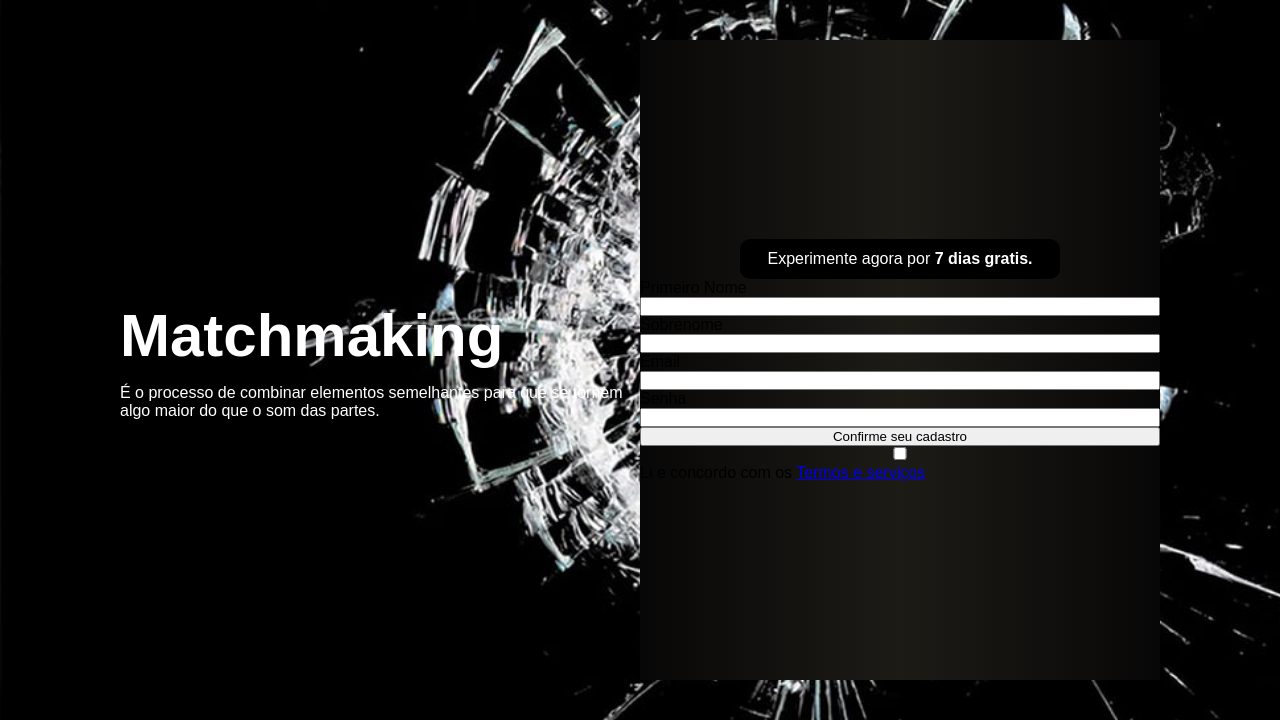
Repository: analessp/tela-login
Page: index.html
The author's editor kept a copy of each file at every save. The page is drawn from the files as they stood at one save, then again after the next save.
The browser window is 1280 px wide. The pictures show the whole page.
Some web fonts or font styles are not loaded; a fallback is used.

Above is the page before, as saved 2025-04-16 10:55:58.

### index.html
<!DOCTYPE html>
<html lang="pt-br">
  <head>
    <meta charset="UTF-8" />
    <meta name="viewport" content="width=device-width, initial-scale=1.0" />
    <title>Tela de Login</title>
    <link rel="stylesheet" href="style.css" />
    <link rel="preconnect" href="https://fonts.googleapis.com" />
    <link rel="preconnect" href="https://fonts.gstatic.com" crossorigin />
    <link href="https://fonts.googleapis.com/css2?family=Nunito:ital,wght@0,200..1000;1,200..1000&family=Special+Gothic&display=swap" rel="stylesheet" />
  </head>
  <body>
    <main>
      <div class="container-left">
        <h1>Matchmaking</h1>
        <p>É o processo de combinar elementos semelhantes para que se tornem algo maior do que o som das partes.</p>
      </div>
      <div class="container-right">
        <a href="#" class="teste-gratis">
          <p>Experimente agora por <b>7 dias gratis.</b></p>
        </a>
        <div class="forms">
          <form>

            <div>
              <label for="name">
                <p>Primeiro Nome</p>
                <input id="name" type="text" />
              </label>
            </div>

            <div>
                <label for="lastname">
                    <p>Sobrenome</p>
                    <input id="lastname" type="text" />
                </label>
            </div>

            <div>
                <label for="email">
                    <p>Email</p>
                    <input id="email" type="email" />
                </label>
            </div>

            <div>
                <label for="password">
                    <p>Senha</p>
                    <input id="password" type="password" />
                </label>
            </div>

            <button type="submit">
                <p>Confirme seu cadastro</p>
            </button>
            <div>
                <input type="checkbox">
                <p>
                    Li e concordo com os <a href="#">Termos e serviços</a>
                </p>
            </div>
          </form>
        </div>
      </div>
    </main>
  </body>
</html>

### style.css
* {
    margin: 0;
    padding: 0;
    box-sizing: border-box;
    width: 100%;
    font-family: "Special Gothic", sans-serif;
}

main {
    display: flex;
    background-image: url("./assets/background.jpg");
    background-repeat: no-repeat center center;
    background-size: cover;
    display: flex;
    height: 100vh;
    z-index: 0;
    padding: 40px 120px;
}

&::after {
    content: "";
    background: #1e130c;
    position: absolute;
    top: 0;
    left: 0;
    opacity: 0.9;
    width: 100%;
    height: 100%;
    z-index: -1;
}

.container-left {
    color: white;
    display: flex;
    justify-content: center;
    flex-direction: column;
    gap: 14px;
}

.container-left h1 {
    font-size: 60px;

    &:hover::after{
        cursor: pointer;
        content: "";
        position: absolute;
        bottom: 350px;
        left: 120px;
        background-color: #d0d0d0;
        height: 4px;
        width: 420px;
        transition-duration: 800ms;
        animation-name: left-to-right;
        animation-duration: 620ms;
        animation-iteration-count: 1;
        }
}

.container-right {
    background: #080707;
    background: linear-gradient(90deg, rgba(8, 7, 7, 1) 0%, rgba(28, 27, 22, 1) 50%, rgba(8, 7, 7, 1) 100%);
    display: flex;
    flex-direction: column;
    justify-content: center;
    align-items: center;
    padding: 0;
}

.teste-gratis {
    display: flex;
    justify-content: center;
    align-items: center;
    width: 320px;
    height: 40px;
    background-color: black;
    text-decoration: none;
    color: white;
    border-radius: 10px;
}

.teste-gratis p{
text-align: center;
}

@keyframes left-to-right {
0% {
    width: 0;
}
100% {
    width: 400px;
}
}

After the next save:
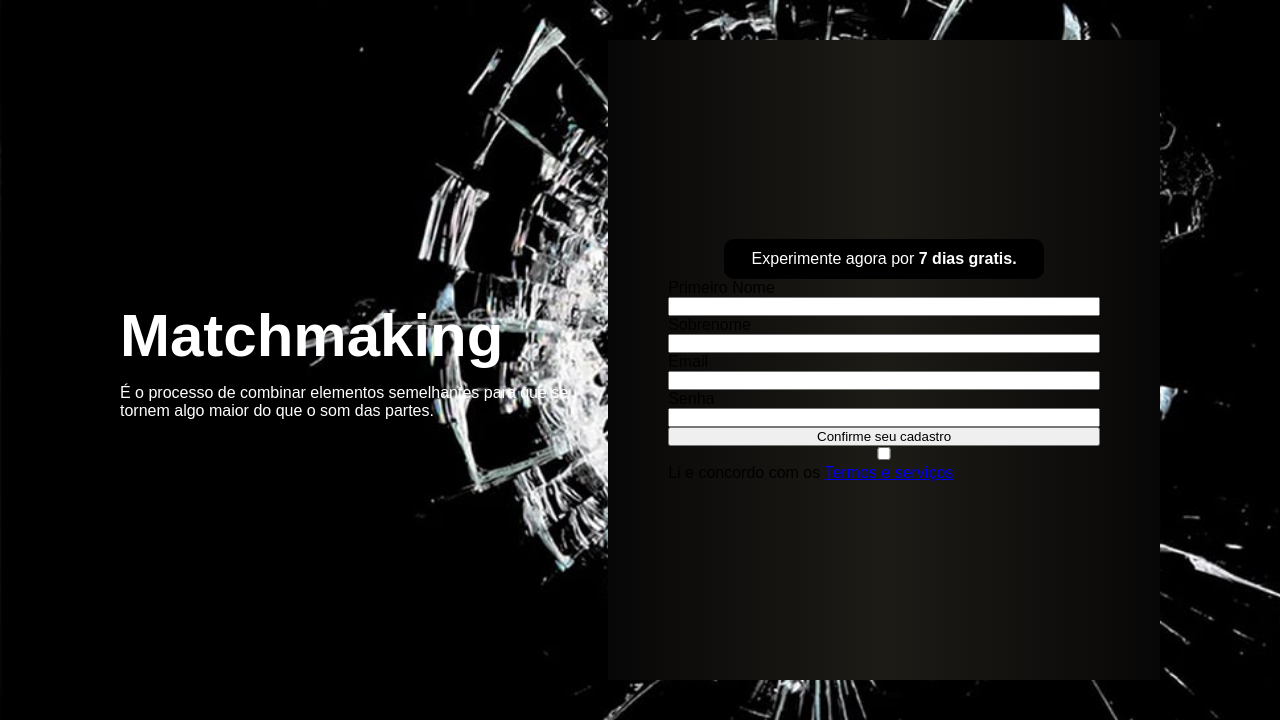
Saved 6 s later.
--- a/style.css
+++ b/style.css
@@ -63,7 +63,7 @@ main {
     flex-direction: column;
     justify-content: center;
     align-items: center;
-    padding: 0;
+    padding: 0 60px;
 }
 
 .teste-gratis {
